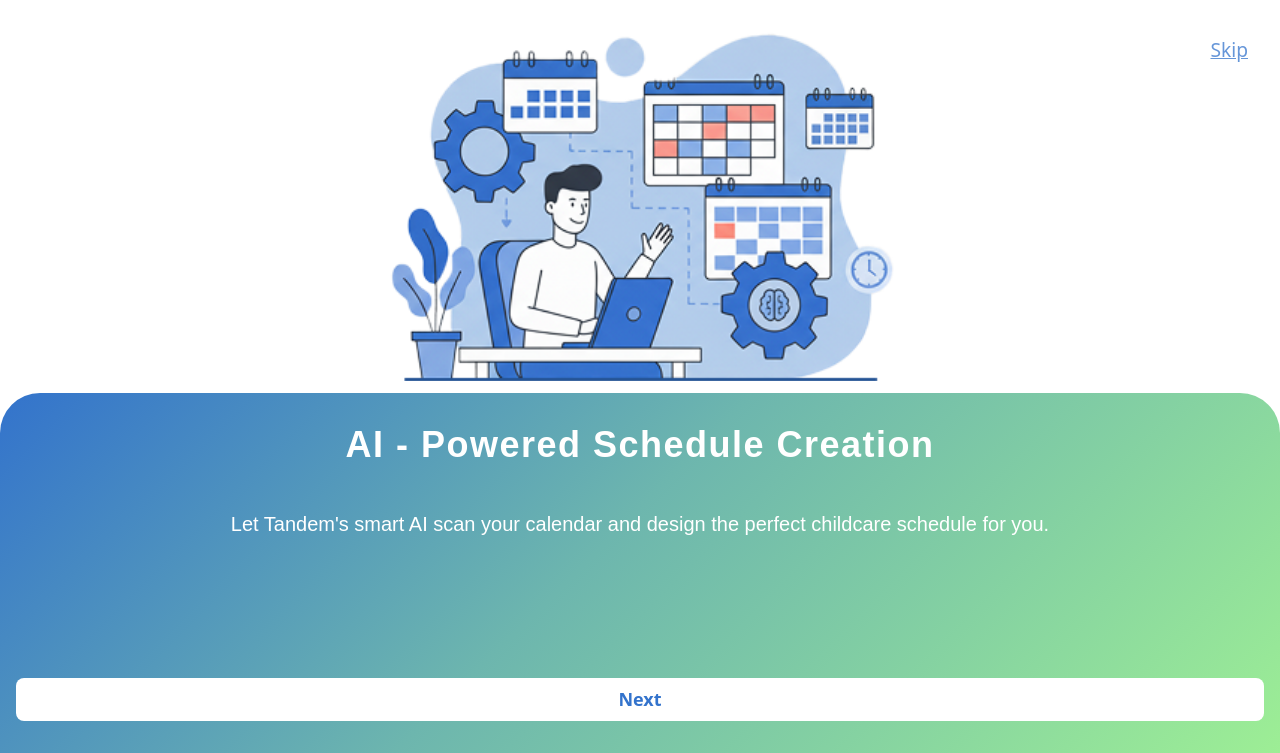
Repository: IDSP-TRADECARE/Tandem
Page: /boarding/features
An editor plug-in stored every save of this project. The page is shown before and after the next save, followed by the edit.
The browser window is 1280 px wide. The pictures show the whole page.
The page's requests for data from a server got no answer. Some web fonts or font styles are not loaded; a fallback is used. The project was rebuilt for these pictures with package versions that can differ from the ones it lists, and the page was loaded fresh each time. Some packages were replaced by stand-ins written for this rebuild. The framework's server and built-in components were replaced by stand-ins that run in the browser. No one was signed in, and anything a server would have sent is missing. Also part of the build but not shown: next.config.ts, src/app/components/auth/AuthGuard.tsx.

Above is the page before, as saved 2025-11-23 00:48:34.

After the next save:
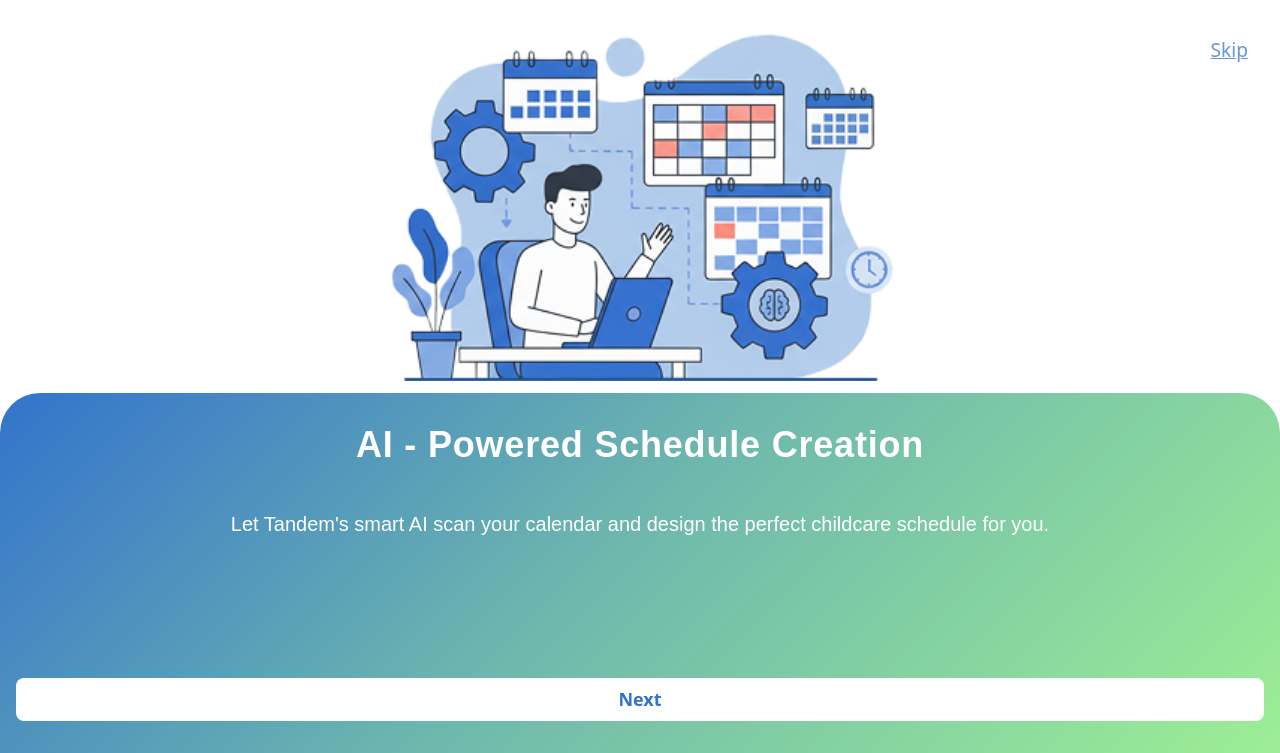
Saved 17 s later.
--- a/src/app/boarding/features/features.module.css
+++ b/src/app/boarding/features/features.module.css
@@ -93,7 +93,7 @@
     font-family: var(--font-family-alan);
     font-weight: 900;
     line-height: 2.5rem;
-    letter-spacing: 1.5px;
+    letter-spacing: 0.05rem;
     color: #fff;
     margin-bottom: 2.75rem;
 }
